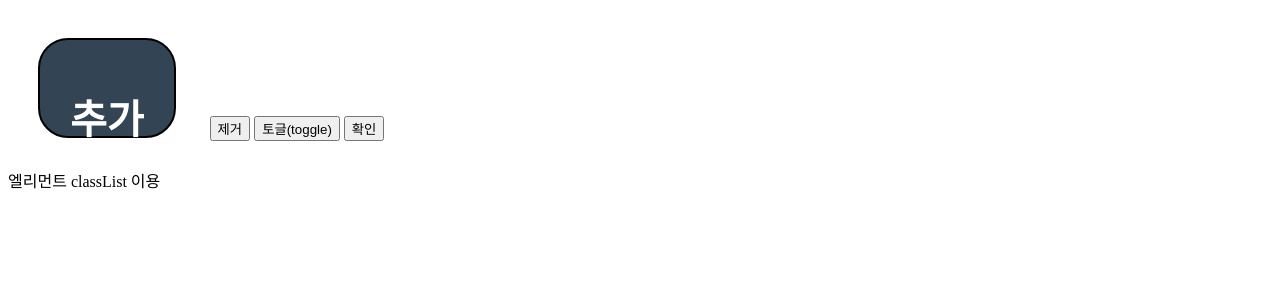
Repository: SeungjaeYu/webstudy
Page: webstudy/14_javascript/ch07_style/test04.html
An editor plug-in stored every save of this project. The page is shown before and after the next save, followed by the edit.
The browser window is 1280 px wide. The pictures show the whole page.

Above is the page before, as saved 2019-10-01 11:35:41.

After the next save:
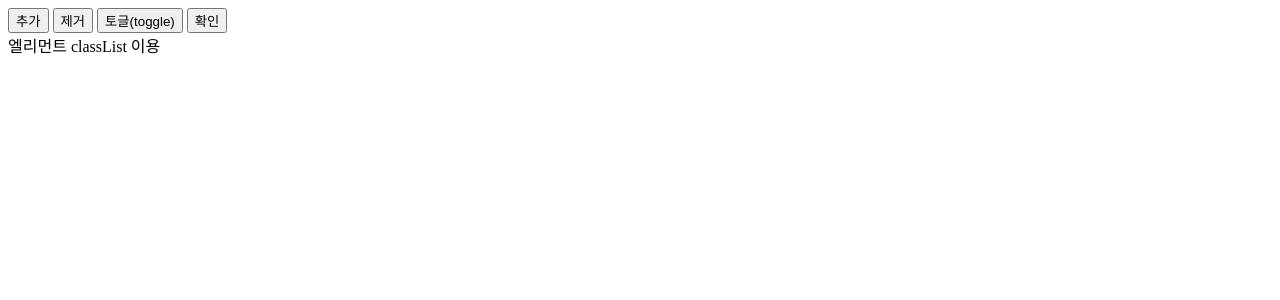
Saved 28 s later.
--- a/webstudy/14_javascript/ch07_style/test04.html
+++ b/webstudy/14_javascript/ch07_style/test04.html
@@ -28,7 +28,7 @@
 </head>
 <body>
     <div>
-        <button class="a b" onclick="addClass()">추가</button>
+        <button onclick="addClass()">추가</button>
         <button onclick="removeClass()">제거</button>
         <button onclick="toggleClass()">토글(toggle)</button>
         <button onclick="hasClass()">확인</button>
